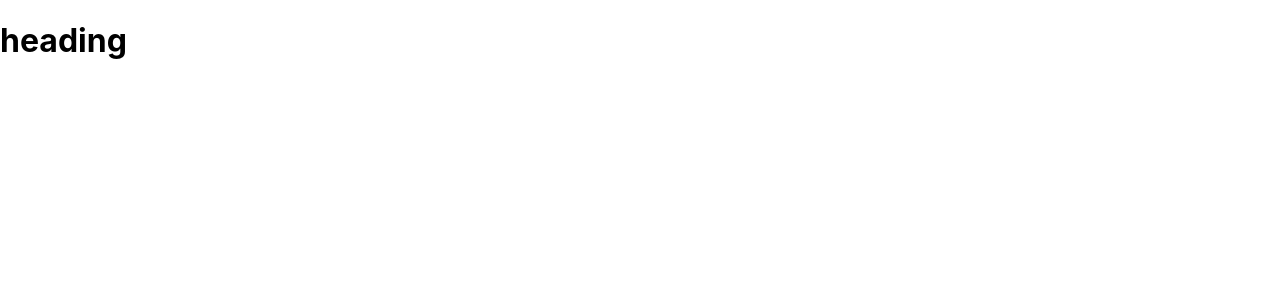
Repository: Nakamurus/nextjs_tutorial
Page: /styling/css-modules
The author's editor kept a copy of each file at every save. The page is drawn from the files as they stood at one save, then again after the next save.
The browser window is 1280 px wide. The pictures show the whole page.
The project was rebuilt for these pictures with package versions that can differ from the ones it lists, and the page was loaded fresh each time. The framework's server and built-in components were replaced by stand-ins that run in the browser. Also part of the build but not shown: pages/styling/modules.module.css.

Above is the page before, as saved 2020-12-25 12:28:48.

### pages/_app.tsx
import '../styles/globals.css'

// executed on the both server and client side.
function MyApp({ Component, pageProps }) {
  console.log('HELLOO')
  return <Component {...pageProps} />
}

export default MyApp

### pages/_document.tsx
import Document, {Html, Head, Main, NextScript } from 'next/document';

// Root file for global configulation, like meta property or analytics
// Rendered on the server side, NEVER on the client side
export default class CustomDocument extends Document {
    render() {
        return <Html>
            <Head>
                <meta property="custom" content="test" />
            </Head>
            <body>
                <Main />
            </body>
            <NextScript />
        </Html>
    }
}

### pages/styling/css-modules.tsx
import styles from './modules.module.css';

function Heading(props) {
    return (
        <div>
            <h1 className={styles.red}>{props.heading}</h1>
        </div>
    );
}

export default function Home() {
    return (
        <div>
            <Heading heading="heading"/>
        </div>
    );
}

Loaded but not shown: styles/globals.css (common file)

After the next save:
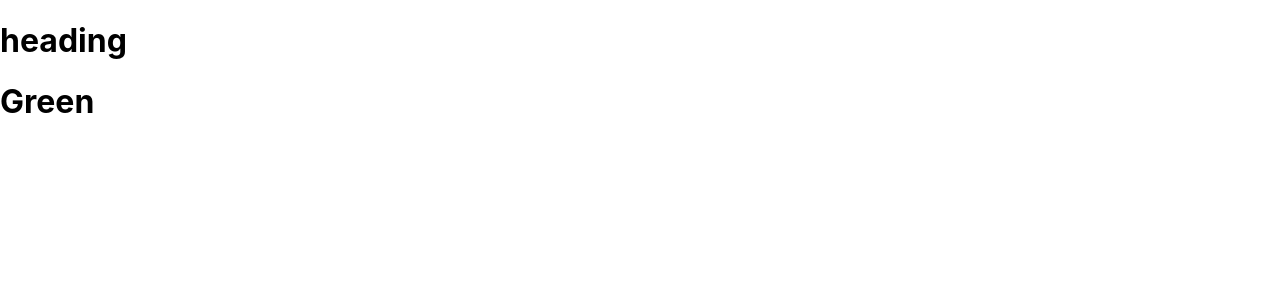
Saved 8 s later.
--- a/pages/styling/css-modules.tsx
+++ b/pages/styling/css-modules.tsx
@@ -12,6 +12,7 @@ export default function Home() {
     return (
         <div>
             <Heading heading="heading"/>
+            <h1>Green</h1>
         </div>
     );
 }
